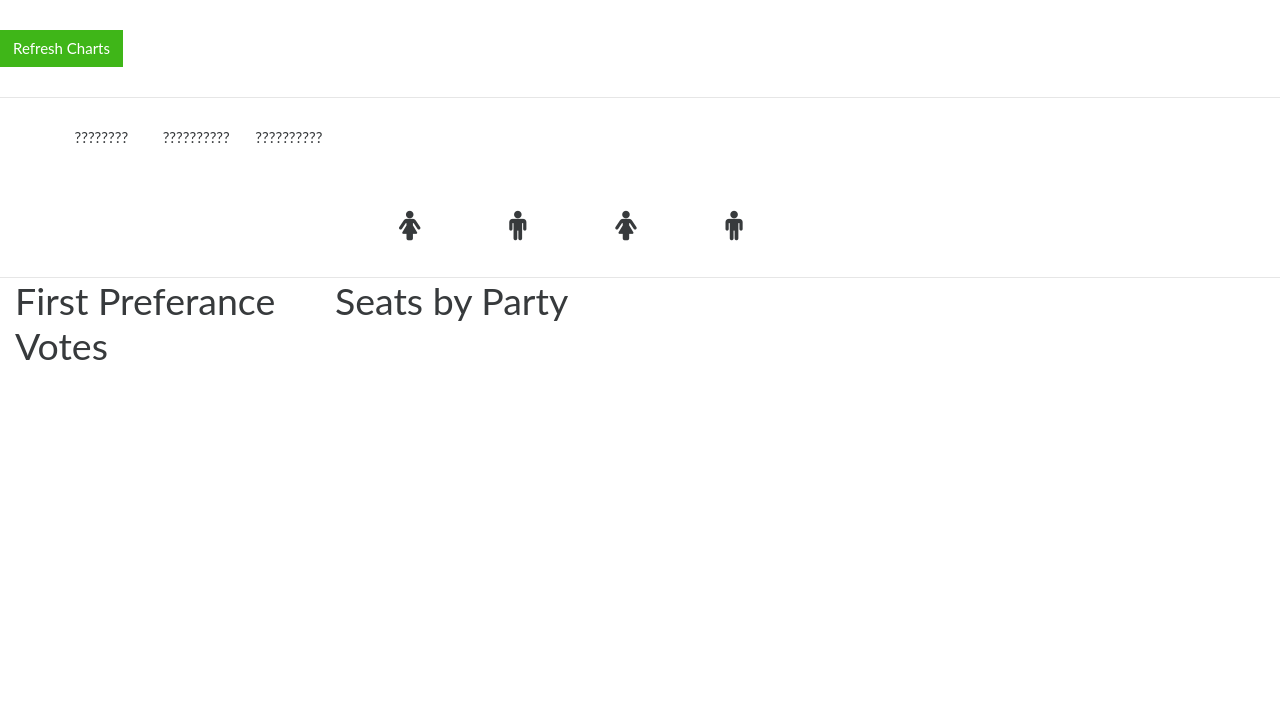
Repository: pauldardis/project-2-test
Page: index.html
The author's editor kept a record of every edit. The page is drawn from the files as they stood at one moment, then again after the next edit.
The browser window is 1280 px wide. The pictures show the whole page.

Above is the page before.
Console error: ReferenceError: candidate_people is not defined

After the next edit:
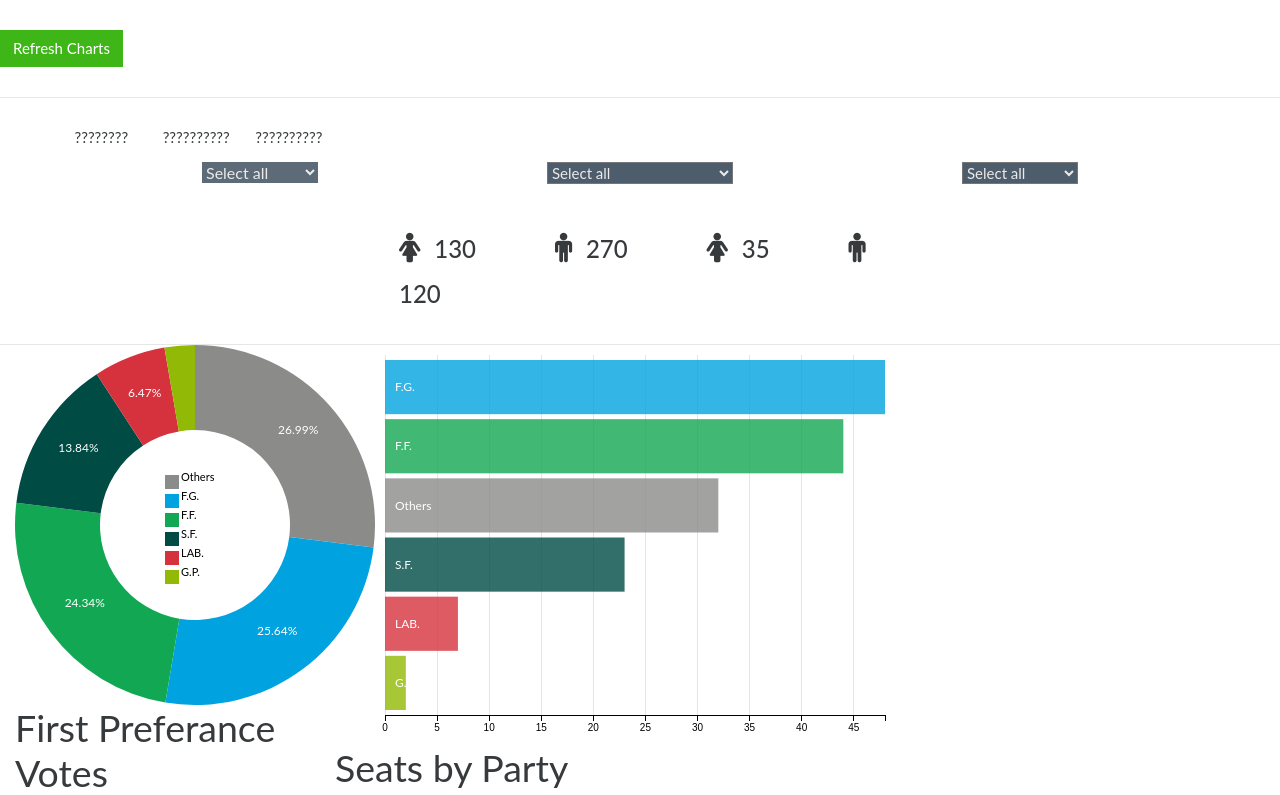
Console error: TypeError: Cannot read properties of null (reading 'textContent')
The edit:
--- a/assets/js/graps.js
+++ b/assets/js/graps.js
@@ -19,7 +19,7 @@
     show_count_candidate_gender(ndx, "M", "#count-of-men-elected_1");
     party_first_preference_graphs(ndx);
     candidate_graphs(ndx);
-    candidate_people(ndx);
+
 
 
 
